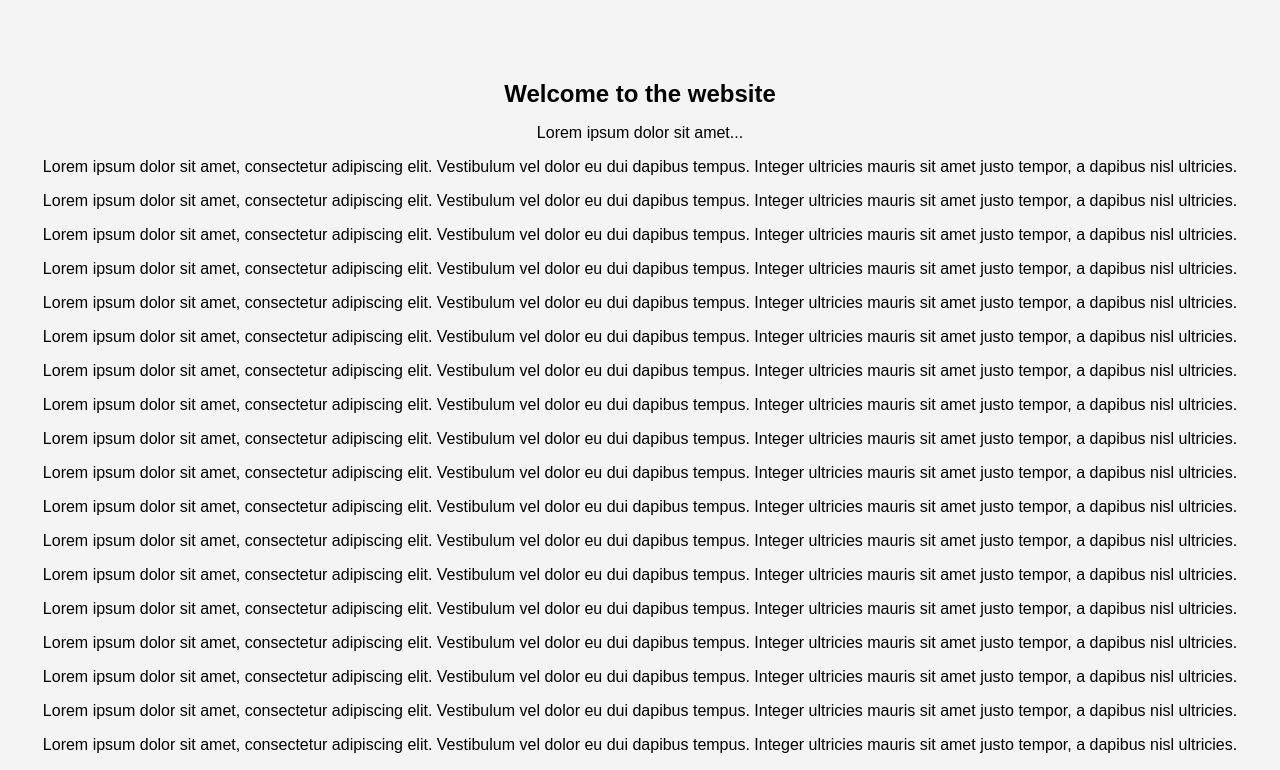
Repository: JoyMoGas/HelujaArc
Page: http://localhost/
The author's editor kept a copy of each file at every save. The page is drawn from the files as they stood at one save, then again after the next save.
The browser window is 1280 px wide. The pictures show the part of the page from y = 500 to 1270 px (the page is 1270 px tall before and 1170 px after).
Backgrounds fixed to the window are drawn as part of the page. The page is served by the project's application, run on Flask 3 (run.py).

Above is the page before, as saved 2024-08-11 18:04:25.

### templates/index.html
<!DOCTYPE html>
<html lang="en">
<head>
    <meta charset="UTF-8">
    <meta name="viewport" content="width=device-width, initial-scale=1.0">
    <title>Document</title>
    <link rel="stylesheet" href="{{ url_for('static', filename='style.css') }}">
</head>
<body>
    <header class="navbar">
        <div class="navbar-content">
            <img id="logo" src="{{ url_for('static', filename='logo.png') }}" alt="Logo">
            <nav>
                <ul>
                    <li><a href="#">Home</a></li>
                    <li><a href="#">About</a></li>
                    <li><a href="#">Contact</a></li>
                </ul>
            </nav>
        </div>
    </header>
    <div id="demoBox"></div>
    <main>
        <section class="content">
            <h1>Welcome to the website</h1>
            <p>Lorem ipsum dolor sit amet...</p>
            <!-- Additional content... -->
            <p>Lorem ipsum dolor sit amet, consectetur adipiscing elit. Vestibulum vel dolor eu dui dapibus tempus. Integer ultricies mauris sit amet justo tempor, a dapibus nisl ultricies.</p>
            <p>Lorem ipsum dolor sit amet, consectetur adipiscing elit. Vestibulum vel dolor eu dui dapibus tempus. Integer ultricies mauris sit amet justo tempor, a dapibus nisl ultricies.</p>
            <p>Lorem ipsum dolor sit amet, consectetur adipiscing elit. Vestibulum vel dolor eu dui dapibus tempus. Integer ultricies mauris sit amet justo tempor, a dapibus nisl ultricies.</p>
            <p>Lorem ipsum dolor sit amet, consectetur adipiscing elit. Vestibulum vel dolor eu dui dapibus tempus. Integer ultricies mauris sit amet justo tempor, a dapibus nisl ultricies.</p>
            <p>Lorem ipsum dolor sit amet, consectetur adipiscing elit. Vestibulum vel dolor eu dui dapibus tempus. Integer ultricies mauris sit amet justo tempor, a dapibus nisl ultricies.</p>
            <p>Lorem ipsum dolor sit amet, consectetur adipiscing elit. Vestibulum vel dolor eu dui dapibus tempus. Integer ultricies mauris sit amet justo tempor, a dapibus nisl ultricies.</p>
            <p>Lorem ipsum dolor sit amet, consectetur adipiscing elit. Vestibulum vel dolor eu dui dapibus tempus. Integer ultricies mauris sit amet justo tempor, a dapibus nisl ultricies.</p>
            <p>Lorem ipsum dolor sit amet, consectetur adipiscing elit. Vestibulum vel dolor eu dui dapibus tempus. Integer ultricies mauris sit amet justo tempor, a dapibus nisl ultricies.</p>
            <p>Lorem ipsum dolor sit amet, consectetur adipiscing elit. Vestibulum vel dolor eu dui dapibus tempus. Integer ultricies mauris sit amet justo tempor, a dapibus nisl ultricies.</p>
            <p>Lorem ipsum dolor sit amet, consectetur adipiscing elit. Vestibulum vel dolor eu dui dapibus tempus. Integer ultricies mauris sit amet justo tempor, a dapibus nisl ultricies.</p>
            <p>Lorem ipsum dolor sit amet, consectetur adipiscing elit. Vestibulum vel dolor eu dui dapibus tempus. Integer ultricies mauris sit amet justo tempor, a dapibus nisl ultricies.</p>
            <p>Lorem ipsum dolor sit amet, consectetur adipiscing elit. Vestibulum vel dolor eu dui dapibus tempus. Integer ultricies mauris sit amet justo tempor, a dapibus nisl ultricies.</p>
            <p>Lorem ipsum dolor sit amet, consectetur adipiscing elit. Vestibulum vel dolor eu dui dapibus tempus. Integer ultricies mauris sit amet justo tempor, a dapibus nisl ultricies.</p>
            <p>Lorem ipsum dolor sit amet, consectetur adipiscing elit. Vestibulum vel dolor eu dui dapibus tempus. Integer ultricies mauris sit amet justo tempor, a dapibus nisl ultricies.</p>
            <p>Lorem ipsum dolor sit amet, consectetur adipiscing elit. Vestibulum vel dolor eu dui dapibus tempus. Integer ultricies mauris sit amet justo tempor, a dapibus nisl ultricies.</p>
            <p>Lorem ipsum dolor sit amet, consectetur adipiscing elit. Vestibulum vel dolor eu dui dapibus tempus. Integer ultricies mauris sit amet justo tempor, a dapibus nisl ultricies.</p>
            <p>Lorem ipsum dolor sit amet, consectetur adipiscing elit. Vestibulum vel dolor eu dui dapibus tempus. Integer ultricies mauris sit amet justo tempor, a dapibus nisl ultricies.</p>
            <p>Lorem ipsum dolor sit amet, consectetur adipiscing elit. Vestibulum vel dolor eu dui dapibus tempus. Integer ultricies mauris sit amet justo tempor, a dapibus nisl ultricies.</p>
        </section>
    </main>
    <script src="{{ url_for('static', filename='scripts.js') }}"></script>
</body>
</html>

### static/style.css
/* General Styles and Reset */
body, h1, ul, li {
    margin: 0;
    padding: 0;
}

body {
    font-family: Arial, sans-serif;
    padding-top: 100px;
    margin: 0;
    display: flex;
    justify-content: center;
    align-items: flex-start;
    height: 100vh;
    background: #f4f4f4;
}

.navbar {
    position: fixed;
    top: 0;
    left: 0;
    width: 100%;
    background-color: transparent;
    color: #fff;
    display: flex;
    justify-content: center;
    align-items: center;
    transition: background-color 0.7s ease;
    z-index: 1000;
    box-sizing: border-box;
}

.navbar.scrolled {
    background-color: #333;
}

.navbar-content {
    display: flex;
    justify-content: space-between;
    align-items: center;
    width: 100%;
    max-width: 1200px;
    padding: 0;
    box-sizing: border-box;
    transition: padding 0.3s ease;
    gap: 20px;
}

.navbar img {
    padding: 0;
    height: 60px;
    transition: height 0.7s, transform 0.7s, top 0.3s, left 0.3s;
}

.navbar nav ul {
    display: flex;
    gap: 20px;
    list-style-type: none;
    margin: 0;
    padding: 30px;
    padding-left: 120px;
}

.navbar nav ul li {
    margin-left: 20px;
}

.navbar nav ul li a {
    color: #fff;
    text-decoration: none;
}

.content {
    text-align: center;
    width: 100%;
    max-width: 1200px;
    margin-top: 30em;
    box-sizing: border-box;
}

#logo {
    position: absolute;
    top: 110px;
    left: 50%;
    transform: translateX(-50%);
    height: 300px;
    transition: top 0.7s, left 0.7s, height 0.7s, transform 0.7s;
}

#demoBox {
    position: absolute;
    top: 0;
    left: 0;
    width: 100%;
    height: 500px;
    background-image: url("https://images.unsplash.com/photo-1529673203658-56306382b724?auto=format&fit=crop&w=1000&q=80&ar=16:9");
    background-size: cover;
    background-attachment: fixed;
    z-index: 1;
}

### static/scripts.js
"use strict";
document.addEventListener('DOMContentLoaded', () => {
    window.scrollTo(0, 0);
    const logo = document.getElementById('logo');
    const handleScroll = () => {
        if (window.scrollY > 50) {
            logo.style.position = 'fixed';
            logo.style.top = '0px';
            logo.style.left = '120px';
            logo.style.height = '100px';
            logo.style.transform = 'translateX(0) scale(0.6)';
        }
        else {
            logo.style.position = 'absolute';
            logo.style.top = '250px';
            logo.style.left = '50%';
            logo.style.transform = 'translateX(-50%) scale(1)';
            logo.style.height = '250px';
        }
    };
    window.addEventListener('scroll', handleScroll);
    // Inicializa el estado del logotipo
    handleScroll();
});
window.addEventListener('scroll', () => {
    const navbar = document.querySelector('.navbar');
    if (window.scrollY > 50) {
        navbar.classList.add('scrolled');
    }
    else {
        navbar.classList.remove('scrolled');
    }
});
window.addEventListener('beforeunload', () => {
    window.scrollTo(0, 0);
});

Loaded but not shown: run.py (common file)

After the next save:
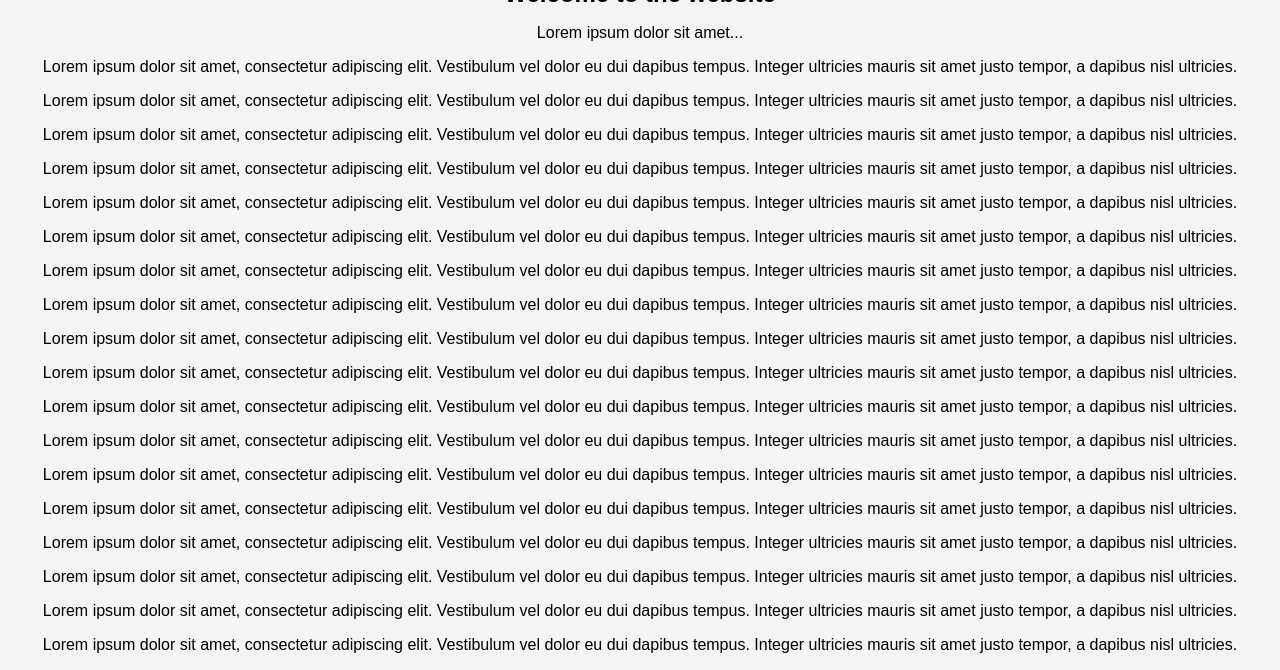
Saved 49 s later.
--- a/static/style.css
+++ b/static/style.css
@@ -6,7 +6,7 @@
 
 body {
     font-family: Arial, sans-serif;
-    padding-top: 100px;
+
     margin: 0;
     display: flex;
     justify-content: center;
@@ -40,14 +40,12 @@
     align-items: center;
     width: 100%;
     max-width: 1200px;
-    padding: 0;
     box-sizing: border-box;
     transition: padding 0.3s ease;
     gap: 20px;
 }
 
 .navbar img {
-    padding: 0;
     height: 60px;
     transition: height 0.7s, transform 0.7s, top 0.3s, left 0.3s;
 }
